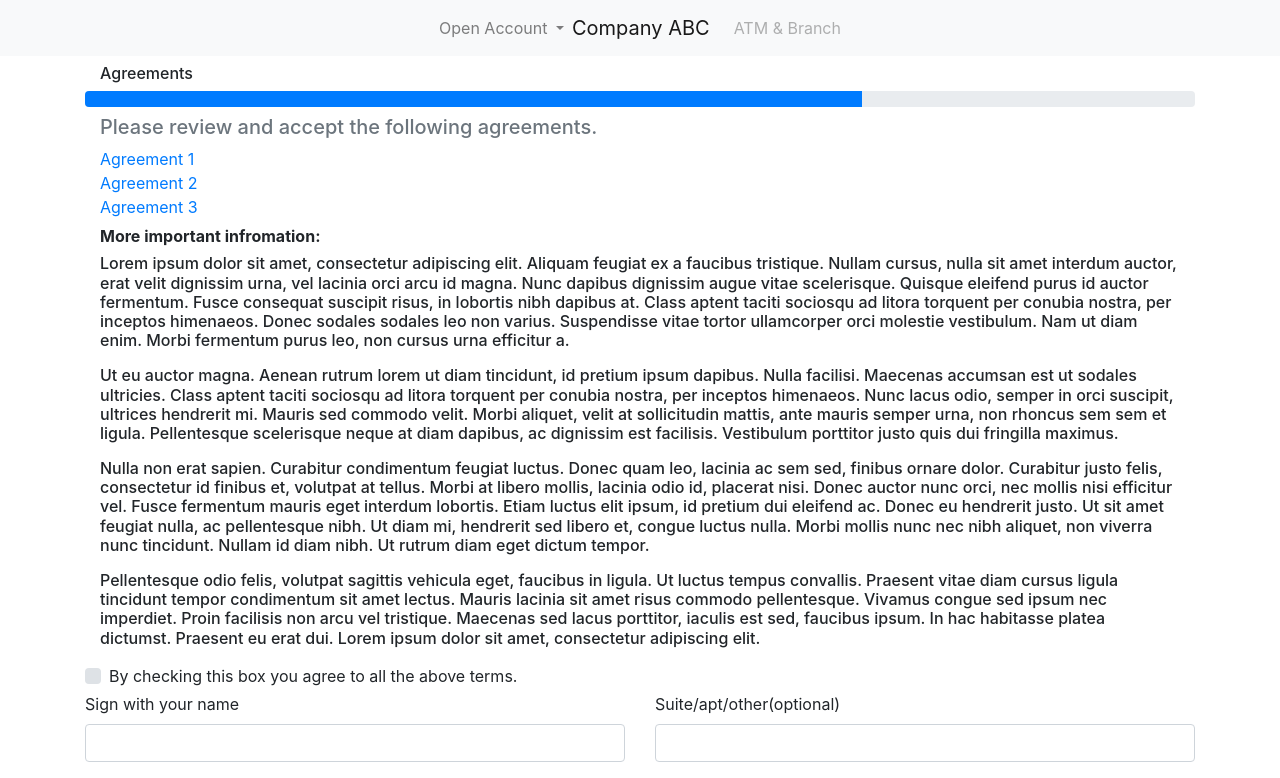
Repository: barriosan95/banking-opening-account-demo
Page: http://localhost/checking/application/customerInfo/finances/agreements
The author's editor kept a record of every edit. The page is drawn from the files as they stood at one moment, then again after the next edit.
The browser window is 1280 px wide. The pictures show the whole page.
Some web fonts or font styles are not loaded; a fallback is used. Some web libraries are served in a nearby version. The page is served by the project's Node server (index.js).

Above is the page before.

### views/agreement_app.ejs
<% include ./partials/header %>
    <div class ="container">
        <div class ="container mt-2">
            <h6 class="mb-0"> Agreements <h6>
        </div>
        <div class="progress">
            <div class="progress-bar" role="progressbar" style="width: 70%" aria-valuenow="70" aria-valuemin="0" aria-valuemax="100"></div>
        </div>
        <div class ="container mt-2 mb-2 text-muted">
            <h5> Please review and accept the following agreements.</h5>
        </div>
        <div class ="container">
            <a href="#"> Agreement 1 </a>
        </div>
        <div class ="container">
            <a href="#"> Agreement 2 </a>
        </div>
        <div class ="container">
            <a href="#"> Agreement 3 </a>
        </div>
        <div class ="container mt-2 ">
            <h6 class="mb-2"> <b>More important infromation:</b><h6>
            <p>Lorem ipsum dolor sit amet, consectetur adipiscing elit. Aliquam feugiat ex a faucibus tristique. Nullam cursus, nulla sit amet interdum auctor, erat velit dignissim urna, vel lacinia orci arcu id magna. Nunc dapibus dignissim augue vitae scelerisque. Quisque eleifend purus id auctor fermentum. Fusce consequat suscipit risus, in lobortis nibh dapibus at.
            Class aptent taciti sociosqu ad litora torquent per conubia nostra, per inceptos himenaeos. Donec sodales sodales leo non varius.
            Suspendisse vitae tortor ullamcorper orci molestie vestibulum. Nam ut diam enim. Morbi fermentum purus leo, non cursus urna efficitur a. </p>

            <p>Ut eu auctor magna. Aenean rutrum lorem ut diam tincidunt, id pretium ipsum dapibus. Nulla facilisi. Maecenas accumsan est ut sodales ultricies.
            Class aptent taciti sociosqu ad litora torquent per conubia nostra, per inceptos himenaeos. Nunc lacus odio, semper in orci suscipit, ultrices hendrerit mi.
            Mauris sed commodo velit. Morbi aliquet, velit at sollicitudin mattis, ante mauris semper urna, non rhoncus sem sem et ligula. Pellentesque scelerisque neque at diam dapibus,
            ac dignissim est facilisis. Vestibulum porttitor justo quis dui fringilla maximus. </p>

            <p>
            Nulla non erat sapien. Curabitur condimentum feugiat luctus.
            Donec quam leo, lacinia ac sem sed, finibus ornare dolor. Curabitur justo felis, consectetur id finibus et, volutpat at tellus. Morbi at libero mollis, lacinia odio id, placerat nisi.
            Donec auctor nunc orci, nec mollis nisi efficitur vel. Fusce fermentum mauris eget interdum lobortis. Etiam luctus elit ipsum, id pretium dui eleifend ac. Donec eu hendrerit justo.
            Ut sit amet feugiat nulla, ac pellentesque nibh. Ut diam mi, hendrerit sed libero et, congue luctus nulla. Morbi mollis nunc nec nibh aliquet, non viverra nunc tincidunt.
            Nullam id diam nibh. Ut rutrum diam eget dictum tempor. </p>

            <p>Pellentesque odio felis, volutpat sagittis vehicula eget, faucibus in ligula. Ut luctus tempus convallis.
            Praesent vitae diam cursus ligula tincidunt tempor condimentum sit amet lectus. Mauris lacinia sit amet risus commodo pellentesque.
            Vivamus congue sed ipsum nec imperdiet. Proin facilisis non arcu vel tristique. Maecenas sed lacus porttitor, iaculis est sed, faucibus ipsum.
            In hac habitasse platea dictumst. Praesent eu erat dui. Lorem ipsum dolor sit amet, consectetur adipiscing elit.</p>
        </div>
        <div class="custom-control custom-checkbox my-1 mr-sm-2">
            <input type="checkbox" class="custom-control-input" id="customControlInline">
            <label class="custom-control-label" for="customControlInline">By checking this box you agree to all the above terms. </label>
        </div>
        <form>
            <div class="row">
                <div class="col">
                    <label> Sign with your name </label>
                    <input type="text" class="form-control" placeholder="">
                </div>
                <div class="col">
                    <label> Suite/apt/other(optional)</label>
                    <input type="text" class="form-control" placeholder="">
                </div>
            </div>
    </div>

<% include ./partials/footer %>

### views/partials/header.ejs
<!DOCTYPE HTML!>
<html>

    <head>


        <!--CDN Bootstrap v4.1.3-->
        <link rel="stylesheet" href="https://stackpath.bootstrapcdn.com/bootstrap/4.1.3/css/bootstrap.min.css">
        <link rel="stylesheet" href="https://cdnjs.cloudflare.com/ajax/libs/font-awesome/4.7.0/css/font-awesome.min.css">

        <!--Ref stylesheets -->
        <link rel= "stylesheet" type="text/css" href="/styles/app.css">


        <!--font -->
        <link href="https://fonts.googleapis.com/css?family=Muli:200,300,400,700,800" rel="stylesheet">


        <!--Will ensure proper responsivness on mobile devices-->
        <meta name="viewport" content="width=device-width, initial-scale=1, shrink-to-fit=no">

        <title> Banking OA Demo </title>

        <meta name="viewport" content="width=device-width, initial-scale=1, maximum-scale=1, user-scalable=no">

    </head>

    <body>

    <!--NAVBAR-->
        <nav class="navbar navbar-expand-lg navbar-light bg-light">
            <button class="navbar-toggler" type="button" data-toggle="collapse" data-target="#navbarNavDropdown" aria-controls="navbarNavDropdown" aria-expanded="false" aria-label="Toggle navigation">
                <span class="navbar-toggler-icon"></span>
            </button>

            <div class="collapse navbar-collapse" id="navbarNavDropdown">
                <ul class="navbar-nav mx-auto">
                    <li class="nav-item dropdown">
                        <a class="nav-link dropdown-toggle" href="#" id="navbarDropdown" role="button" data-toggle="dropdown">
                            Open Account
                        </a>
                        <div class="dropdown-menu" aria-labelledby="navbarDropdown">
                          <a class="dropdown-item" href="/checking">Checking Accounts</a>
                          <div class="dropdown-divider"></div>
                          <a class="dropdown-item" href="/savings">Savings Accounts </a>
                          <div class="dropdown-divider"></div>
                          <a class="dropdown-item" href="#">Money Market Accounts</a>
                          <div class="dropdown-divider"></div>
                          <a class="dropdown-item" href="#">CD and IRA's</a>

                        </div>
                    </li>
                    <a class="navbar-brand" href="/"> Company ABC </a>
                     <li class="nav-item">
                        <a class="nav-link disabled" href="#">ATM & Branch</a>
                     </li>
                </ul>
            </div>
        </nav>

### views/partials/footer.ejs

        <!--Bootstrap js scripts-->
        <script src="https://code.jquery.com/jquery-3.3.1.min.js" integrity="sha256-FgpCb/KJQlLNfOu91ta32o/NMZxltwRo8QtmkMRdAu8="crossorigin="anonymous"></script>
        <script src="https://cdnjs.cloudflare.com/ajax/libs/popper.js/1.12.9/umd/popper.min.js" integrity="sha384-ApNbgh9B+Y1QKtv3Rn7W3mgPxhU9K/ScQsAP7hUibX39j7fakFPskvXusvfa0b4Q" crossorigin="anonymous"></script>
        <script src="https://maxcdn.bootstrapcdn.com/bootstrap/4.0.0/js/bootstrap.min.js" integrity="sha384-JZR6Spejh4U02d8jOt6vLEHfe/JQGiRRSQQxSfFWpi1MquVdAyjUar5+76PVCmYl" crossorigin="anonymous"></script>
        <!--JS SCIPTs -->

        <script src="/js/forms.js"></script>
        <script src="https://cdn.jsdelivr.net/npm/jquerykeyframes@1.0.5/dist/jquery.keyframes.min.js"></script>

    </body>
</html>

### index.js
const express = require('express');


const mainRoutes = require('./routes/main');

//APP CONFIGURATIONS
var app = express();
    app.set('view engine','ejs');
    app.use(express.static("public"));
    app.use(mainRoutes);





app.listen(process.env.PORT,process.env.IP,function(){
    console.log('Server established.');
});

### routes/main.js
const express = require('express');

const router = express.Router();

router.get("/", function(req,res){
    res.render('main');
});

router.get("/checking",function(req,res){
    res.render('checking');
});

router.get("/savings",function(req,res){
    res.render('savings');
});

router.get("/checking/application",function(req,res){
   res.render('checking_app');
});

router.get("/checking/application/customerInfo",function(req,res){
   res.render('info_app');
});

router.get("/checking/application/customerInfo/finances", function(req,res){
    res.render('finances_app');
});

router.get("/checking/application/customerInfo/finances/agreements", function(req,res){
    res.render('agreement_app');
});


module.exports = router;

### public/styles/app.css
.app-img{
    max-height: 40%;
    max-width: 40%;
}

Loaded but not shown: public/js/forms.js (no copy from this time; the picture is the same without it)

After the next edit:
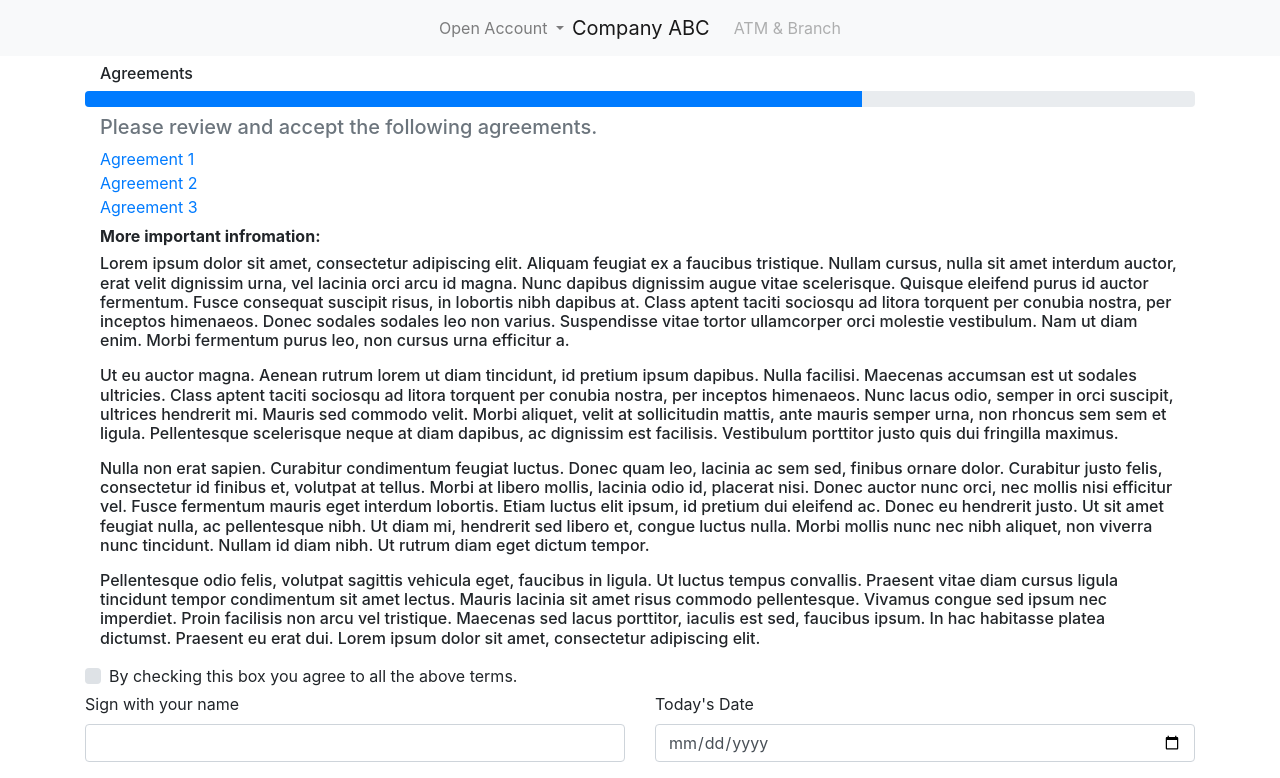
The edit:
--- a/views/agreement_app.ejs
+++ b/views/agreement_app.ejs
@@ -52,8 +52,8 @@
                     <input type="text" class="form-control" placeholder="">
                 </div>
                 <div class="col">
-                    <label> Suite/apt/other(optional)</label>
-                    <input type="text" class="form-control" placeholder="">
+                    <label> Today's Date</label>
+                    <input type="date" class="form-control" placeholder="">
                 </div>
             </div>
     </div>
